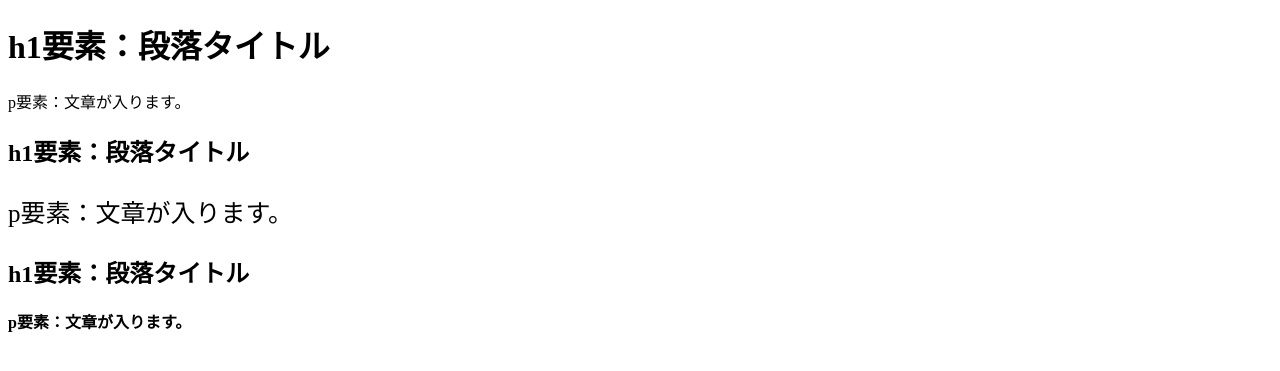
Repository: KOIZUMI-master/samurai_HTML-CSS
Page: index.html
The author's editor kept a record of every edit. The page is drawn from the files as they stood at one moment, then again after the next edit.
The browser window is 1280 px wide. The pictures show the whole page.

Above is the page before.

After the next edit:
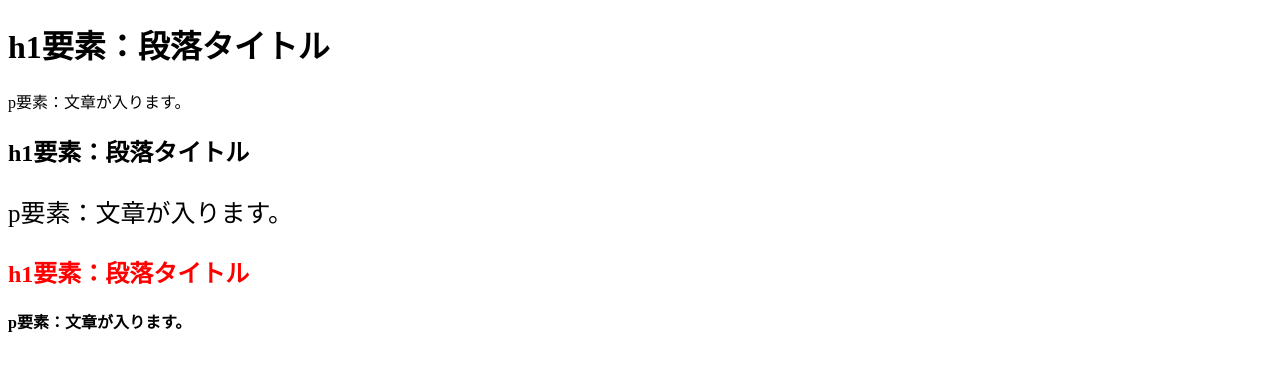
The edit:
--- a/index.html
+++ b/index.html
@@ -17,7 +17,7 @@
  <p>p要素：文章が入ります。</p>
  <h2>h1要素：段落タイトル</h2>
  <p style="font-size: 25px;">p要素：文章が入ります。</p>
- <h2>h1要素：段落タイトル</h2>
+ <h2 id="red">h1要素：段落タイトル</h2>
  <p style="font-weight: bold;">p要素：文章が入ります。</p>
 </body>
 </html>
